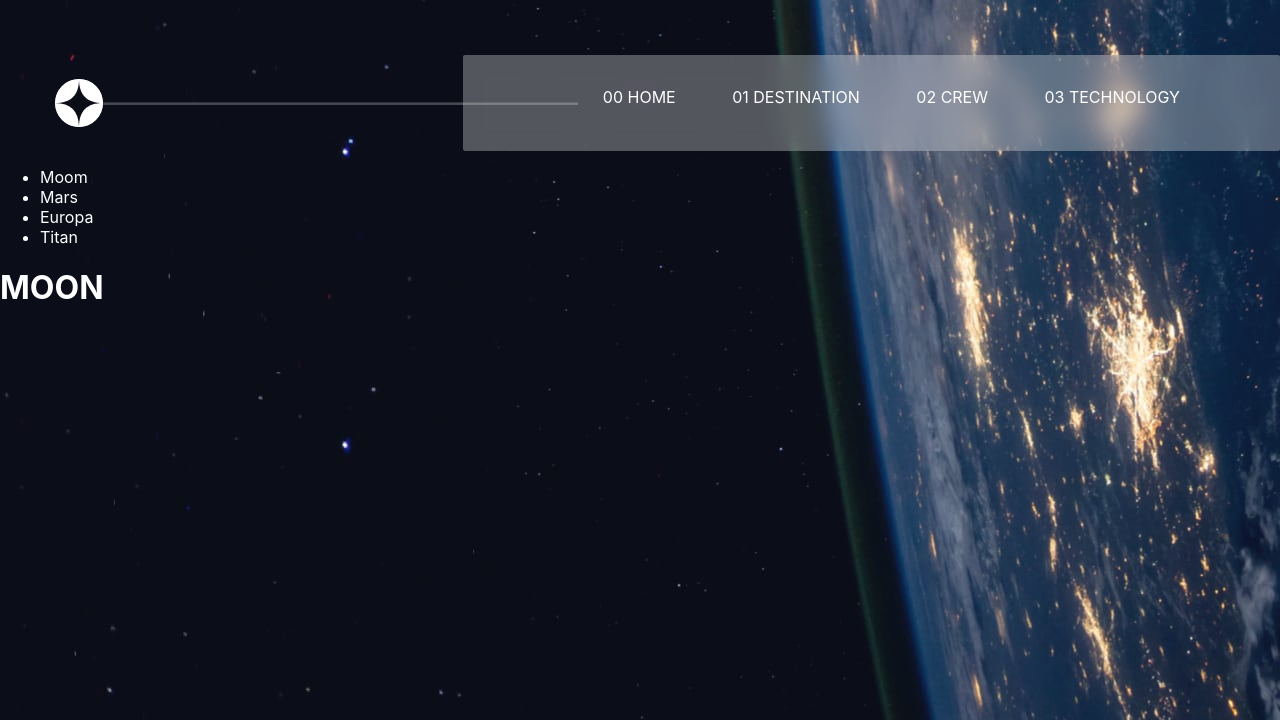
Repository: jhonenmanuel1/FrontEndMentor-MultiPageSpace
Page: /
An editor plug-in stored every save of this project. The page is shown before and after the next save, followed by the edit.
The browser window is 1280 px wide. The pictures show the whole page.
The project was rebuilt for these pictures with package versions that can differ from the ones it lists, and the page was loaded fresh each time. Also part of the build but not shown: src/views/home.js.

Above is the page before, as saved 2022-06-23 21:54:13.

After the next save:
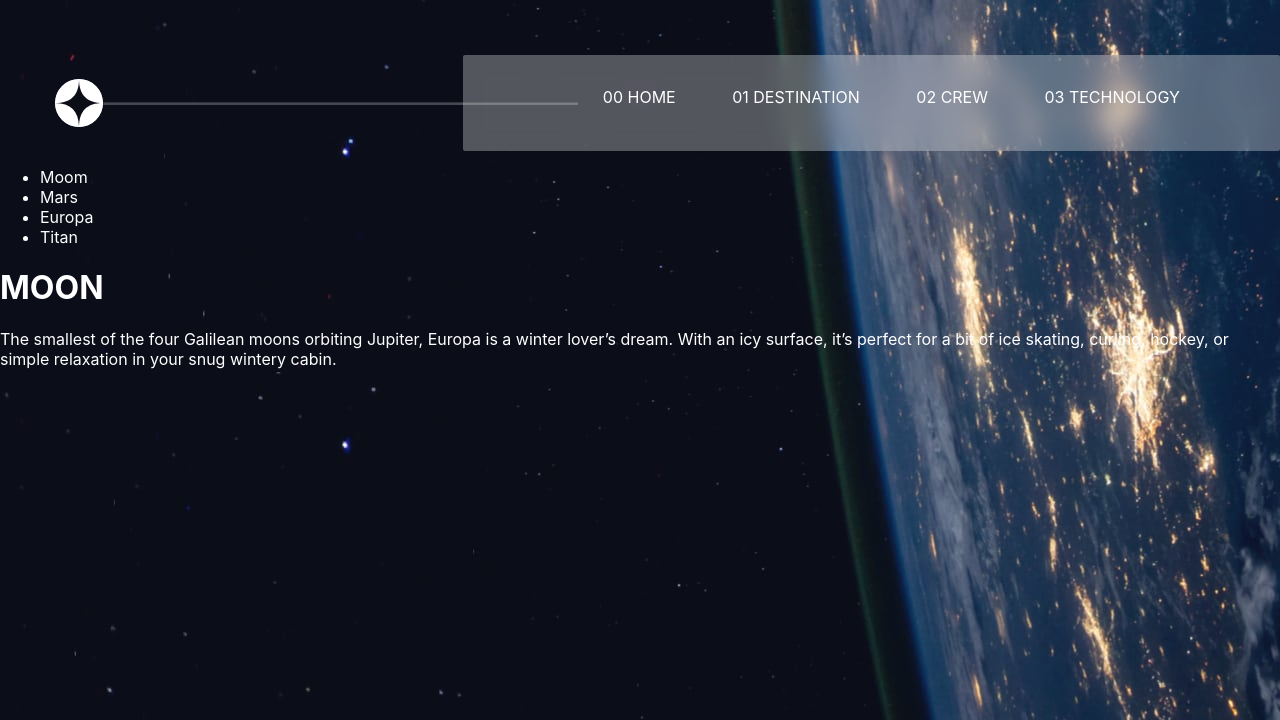
Saved 109 s later.
--- a/src/atoms/PlanetCardInfo.js
+++ b/src/atoms/PlanetCardInfo.js
@@ -15,6 +15,9 @@ export default function PlanetCardInfo (){
                 <h1> MOON</h1>
 
             </div>
+            <p>
+            The smallest of the four Galilean moons orbiting Jupiter, Europa is a winter lover’s dream. With an icy surface, it’s perfect for a bit of ice skating, curling, hockey, or simple relaxation in your snug wintery cabin.
+            </p>
 
         </div>
     </>
